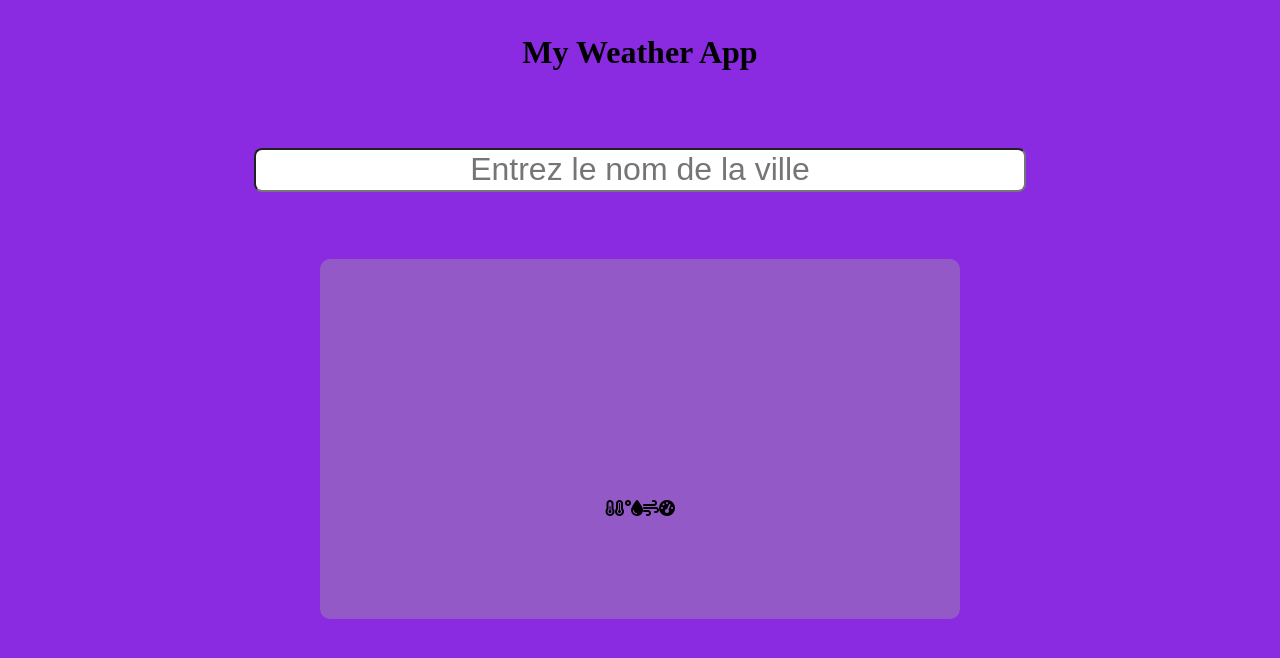
Repository: JeffnyAugustin/MyWeatherApp
Page: index.html
The author's editor kept a copy of each file at every save. The page is drawn from the files as they stood at one save, then again after a run of saves.
The browser window is 1280 px wide. The pictures show the whole page.

Above is the page before, as saved 2023-11-14 19:03:44.

### index.html
<!DOCTYPE html>
<html lang="fr">

<head>
    <meta charset="UTF-8">
    <meta http-equiv="X-UA-Compatible" content="IE=edge">
    <meta name="viewport" content="width=device-width, initial-scale=1.0">
    <link rel="stylesheet" href="https://cdnjs.cloudflare.com/ajax/libs/font-awesome/6.4.0/css/all.min.css"
        integrity="sha512-iecdLmaskl7CVkqkXNQ/ZH/XLlvWZOJyj7Yy7tcenmpD1ypASozpmT/E0iPtmFIB46ZmdtAc9eNBvH0H/ZpiBw=="
        crossorigin="anonymous" referrerpolicy="no-referrer" />

    <link rel="stylesheet" href="/css/style.css">
    <title>My Weather App</title>
</head>

<body>



    <div id="container"></div>

    <script src="/js/script.js"></script>
</body>

</html>

### css/style.css
* {
    padding : 0;
    margin: 0;
}

body {
display: flex;
justify-content: center;
}

#container {
    background-color: blueviolet;
    height: 100vh;
    width: 100vw;
    display: flex;
    flex-direction: column;
    align-items: center;
    justify-content: space-around;

}

#searchBox {
    text-align: center;
    width: 60%;
    height: 40px;
    border-radius: 8px;
    margin-top: 10px;
    font-size: 2rem;
}


#allTogether {
    width: 50VW;
    height: 50VH;
    display: flex;
    flex-direction: column;
    justify-content: space-evenly;
    align-items: center;
    background-color: rgb(158 158 158 / 40%);
    border-radius: 10px;
}

div#meteoElement {
    display: flex;
    flex-direction: row;
    justify-content: space-around;
    flex-wrap: wrap;
}

div#cityElement {
    display: flex;
    flex-direction: row;
    gap: 10px;
    justify-content: center;
}

div#cityDescription {
    display: flex;
    flex-direction: column;
    gap: 20PX;
}

prevision {
    display: flex;
    flex-direction: row;
    height: 40vh;
    width: 60vw;
}


p {
    font-size: 2rem;
    color: white;
}

p.cityName {
    text-align: center;
}

### js/script.js
// Clé D'api
const API_KEY = "b476218e49ef0d0755a713e9ba77f79a";
// Lien vers L'api finissant par une recherche
const API_URL = `https://api.openweathermap.org/data/2.5/forecast?appid=${API_KEY}&units=metric&lang=fr&q=`;


const divContain = document.getElementById("container");
divContain.id = "container";


const titleDiv = document.createElement("div");
titleDiv.className = "title";

// Création H1
const heading = document.createElement('h1');

// Set the text content of the h1 element
heading.textContent = 'My Weather App';



// Création barre de recherche
const inputSearch = document.createElement("input");
inputSearch.id = "searchBox";
inputSearch.type = "text";
inputSearch.placeholder = "Entrez le nom de la ville"; // Ajout du placeholder

// Création de div
const newDiv = document.createElement("div");
newDiv.id = "allTogether";

// Création de div
const forecastDiv = document.createElement("div");
forecastDiv.id = "prevision";




const infoCityDiv = document.createElement("div");
infoCityDiv.id = "cityDescription";


// Création de div oiuyr stocker img + description
const cityImgDiv = document.createElement("div");
cityImgDiv.id = "cityElement";

// Création de div pour afficher les informations météorologiques
const weather = document.createElement("div");
weather.id = "meteoElement";

// Création balise paragraphe pour collecter le nom de la ville
const cityName = document.createElement("p");
cityName.className = "cityName";

// Création de div pour afficher la température
const temperatureDiv = document.createElement("div");
temperatureDiv.className = "temperature-container";

// Création balise paragraphe
const temperature = document.createElement("p");
temperature.className = "temps";

// Création de div pour afficher le temps ressenti
const feelsLikeDiv = document.createElement("div");
feelsLikeDiv.className = "feels-like-container";

// Création balise paragraphe pour la sensation thermique
const feelsLike = document.createElement("p");
feelsLike.className = "feels-like";

// Création de div pour afficher l'humidité
const humidityDiv = document.createElement("div");
humidityDiv.className = "humidity-container";

// Création de balise paragraphe pour l'humidité
const humidity = document.createElement("p");
humidity.className = "humidity";

// Création de div pour afficher le vent
const windDiv = document.createElement("div");
windDiv.className = "wind-container";

// Création de balise wind
const DataWind = document.createElement("p");
DataWind.className = "wind";



// Création de div pour l'humidité
const pressureDiv = document.createElement("div");
pressureDiv.className = "pressure-container";

// Création de balise paragraphe pour la pression atmosphérique
const pressure = document.createElement("p");
pressure.className = "pressure";

// Création de div pour afficher la description
const descriptionDiv = document.createElement("div");
descriptionDiv.className = "description-container";

// Création de balise paragraphe pour la description
const description = document.createElement("p");
description.className = "description";



// Création balise image
const image = document.createElement("img");

// Création balise icône pour la température
const temperatureIcon = document.createElement("i");
temperatureIcon.className = "fas fa-thermometer-half";

// Création balise icône pour la sensation thermique
const feelsLikeIcon = document.createElement("i");
feelsLikeIcon.className = "fas fa-temperature-high";

// Création balise icône pour l'humidité
const humidityIcon = document.createElement("i");
humidityIcon.className = "fas fa-tint";

// Création balise icône pour le vent
const windIcon = document.createElement("i");
windIcon.className = "fas fa-wind";

// Création balise icône pour la pression
const pressureIcon = document.createElement("i");
pressureIcon.className = "fas fa-tachometer-alt";



temperatureDiv.append(temperatureIcon, temperature); // ajout de l'icône

feelsLikeDiv.append(feelsLikeIcon, feelsLike); // ajout de l'icône

humidityDiv.append(humidityIcon, humidity); // ajout de l'icône

windDiv.append(windIcon, DataWind); // ajout de l'icône

pressureDiv.append(pressureIcon, pressure)

descriptionDiv.appendChild( description); // ajout de l'icône




// Function to format the date and time
function formatDateTime() {
    const currentDate = new Date();
    const options = { weekday: 'long', year: 'numeric', month: 'long', day: 'numeric', hour: 'numeric', minute: 'numeric'};
    return currentDate.toLocaleDateString('fr-FR', options);
}

// Create a div to display the date and time
    const dateTimeDiv = document.createElement("div");
    dateTimeDiv.id = "dateTime";
    infoCityDiv.appendChild(dateTimeDiv);

function checkWeather(city) {
    fetch(API_URL + city)
        .then(res => {
            if (!res.ok) {
                throw new Error("La ville n'a pas été trouvée");
            }
            return res.json();
        })
        .then(data => {
            cityName.textContent = data.city.name;
            image.src = `http://openweathermap.org/img/w/${data.list[0].weather[0].icon}.png`;

            description.textContent = data.list[0].weather[0].description;
            temperature.innerHTML = ` Température :  ${Math.round(data.list[0].main.temp)}°C `;
            feelsLike.textContent = "Temps Ressenti : " + Math.round(data.list[0].main.feels_like) + "°C";
            humidity.textContent = "humidityIcon : " + data.list[0].main.humidity + "%";
            DataWind.textContent = "Vitesse du vent : " + Math.floor(data.list[0].wind.speed) + " Km/h";
            pressure.textContent = "Pression : " + data.list[0].main.pressure + " hPa";


             // Afficher les prévisions pour les 5 prochains jours
             for (let i = 0; i < data.list.length; i += 8) {
                const dayForecast = document.createElement("div");
                dayForecast.className = "day-forecast";

                const date = new Date(data.list[i].dt * 1000);
                const dayName = new Intl.DateTimeFormat('fr-FR', { weekday: 'long' }).format(date);

                const dayNameElement = document.createElement("p");
                dayNameElement.textContent = dayName;

                const iconElement = document.createElement("img");
                iconElement.src = `http://openweathermap.org/img/w/${data.list[i].weather[0].icon}.png`;

                const temperatureElement = document.createElement("p");
                temperatureElement.textContent = `Température : ${Math.round(data.list[i].main.temp)}°C`;

                dayForecast.append(dayNameElement, iconElement, temperatureElement);
                forecastDiv.appendChild(dayForecast);
             }

               // Display the date and time
               dateTimeDiv.textContent = "Date du jour : " + formatDateTime();

        })
        .catch(error => {
            console.error("Erreur de requête :", error.message);
            // Ajoutez ici un traitement pour informer l'utilisateur de l'erreur
        });
}

inputSearch.addEventListener("change", () => {
    checkWeather(inputSearch.value);
});


weather.append(temperatureDiv, feelsLikeDiv, humidityDiv, windDiv, pressureDiv); // ajout des éléments Weather
newDiv.append(infoCityDiv, weather); // ajout du conteneur Weather à newDiv
infoCityDiv.append(cityName, cityImgDiv)
cityImgDiv.append(image, descriptionDiv)
titleDiv.appendChild(heading)
divContain.append(titleDiv, inputSearch, newDiv, forecastDiv); // ajout de tous les éléments à divContain
document.body.appendChild(divContain);



// Mise à jour des informations météorologiques toutes les 5 minutes
setInterval(function () {
    // Ici, mettre à jour les informations de la météo à l'aide de l'API ou d'autres sources
    // Vous pouvez appeler la fonction checkWeather avec la dernière ville recherchée
    checkWeather(inputSearch.value);
}, 5 * 60 * 1000);

After the next 2 saves:
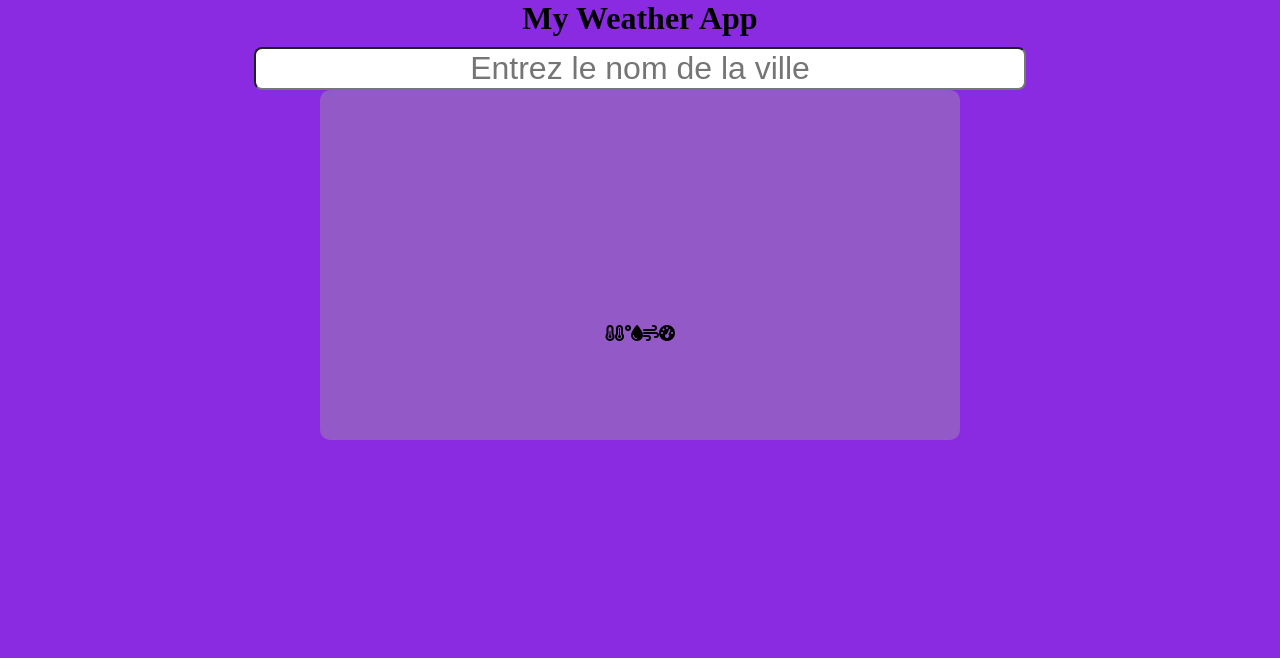
The 2 saves are shown as one change because they came seconds apart.
The last was saved 22 s later.
--- a/css/style.css
+++ b/css/style.css
@@ -60,7 +60,7 @@ div#cityDescription {
     gap: 20PX;
 }
 
-prevision {
+#prevision {
     display: flex;
     flex-direction: row;
     height: 40vh;
